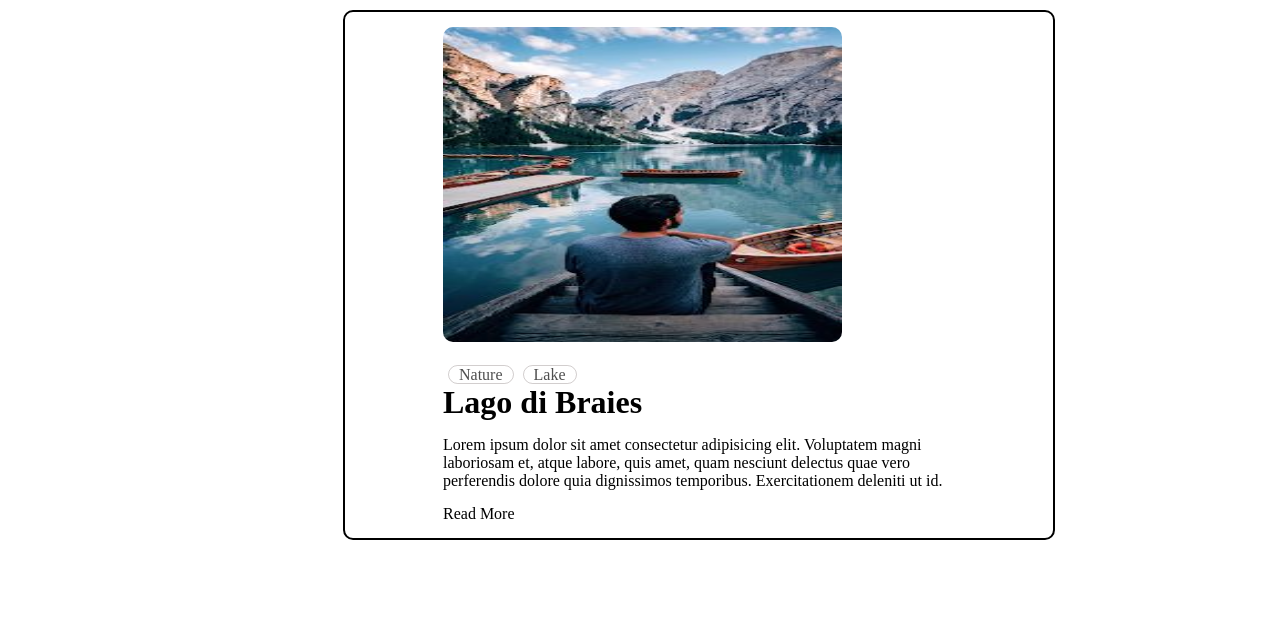
Repository: diensy/Web_dev
Page: Css/Exercise/exercise-2/index.html
These files come from the project's save history. The page is drawn as it stood at one moment and after the next save; the edit follows.
The browser window is 1280 px wide. The pictures show the whole page.

Above is the page before, as saved 2024-05-27 22:08:42.

After the next save:
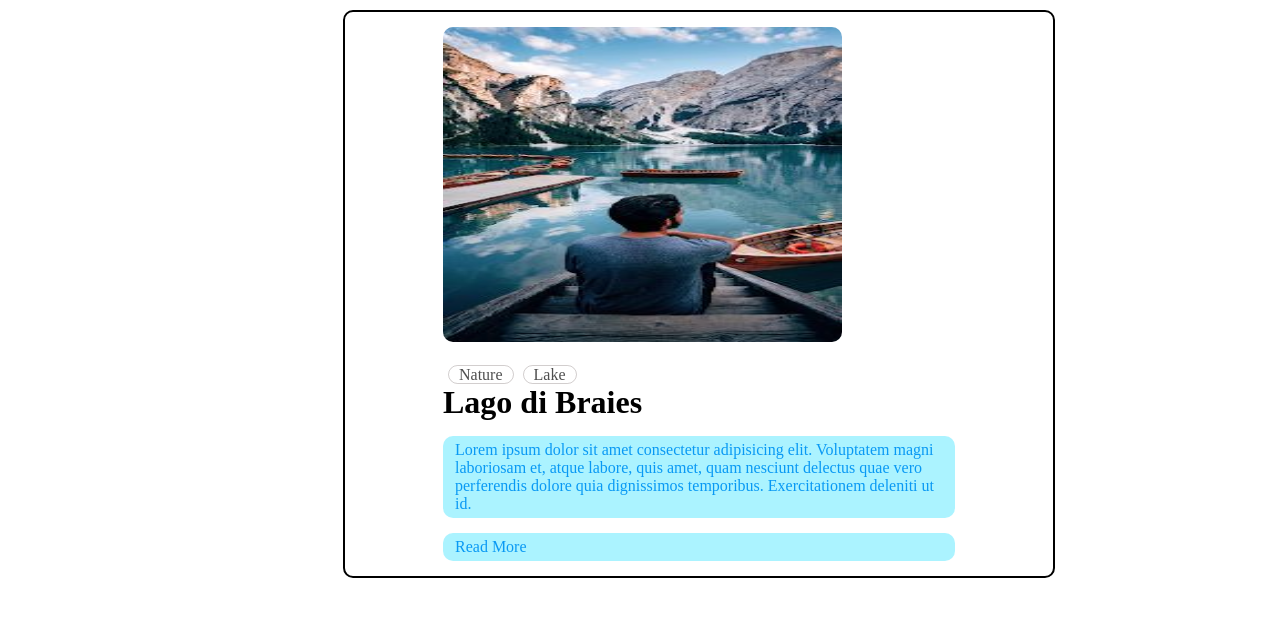
Saved 13 s later.
--- a/Css/Exercise/exercise-2/index.css
+++ b/Css/Exercise/exercise-2/index.css
@@ -37,7 +37,7 @@
 .content p {
   margin-bottom: 15px;
 }
-.content span {
+.content p {
   color: rgb(9 153 244);
   border: 1px;
   border-radius: 10px;

After the 3 saves that followed:
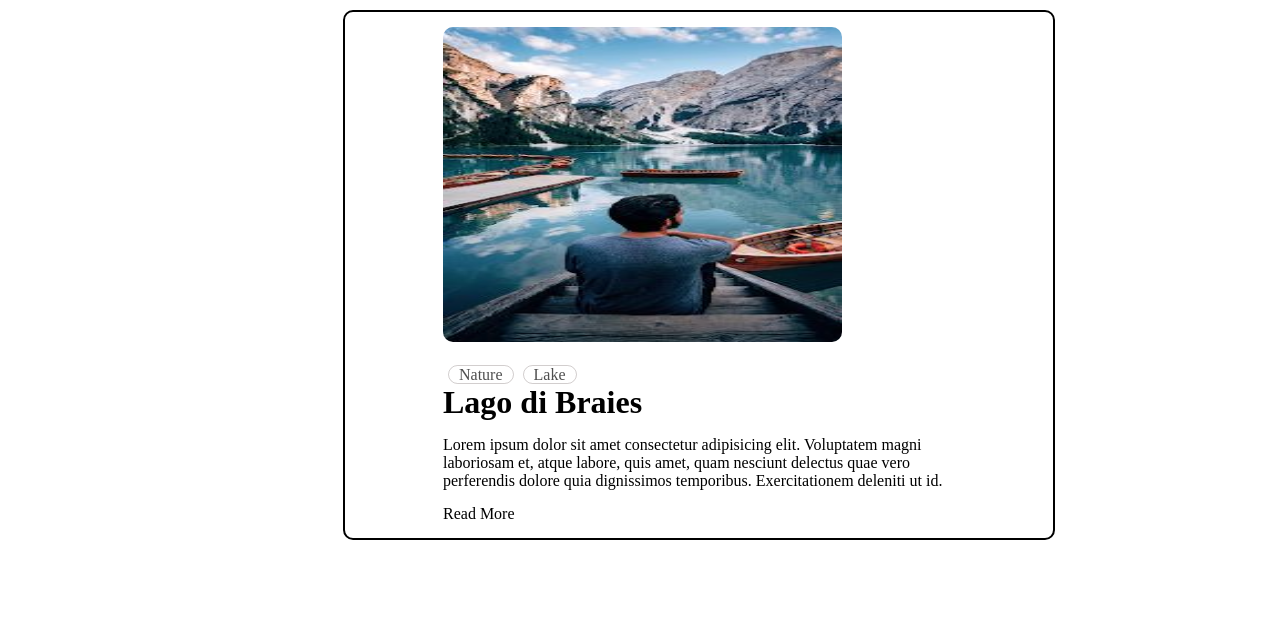
The 3 saves are shown as one change because they came seconds apart.
The last was saved 27 s later.
--- a/Css/Exercise/exercise-2/index.css
+++ b/Css/Exercise/exercise-2/index.css
@@ -37,7 +37,7 @@
 .content p {
   margin-bottom: 15px;
 }
-.content p {
+.content span {
   color: rgb(9 153 244);
   border: 1px;
   border-radius: 10px;
